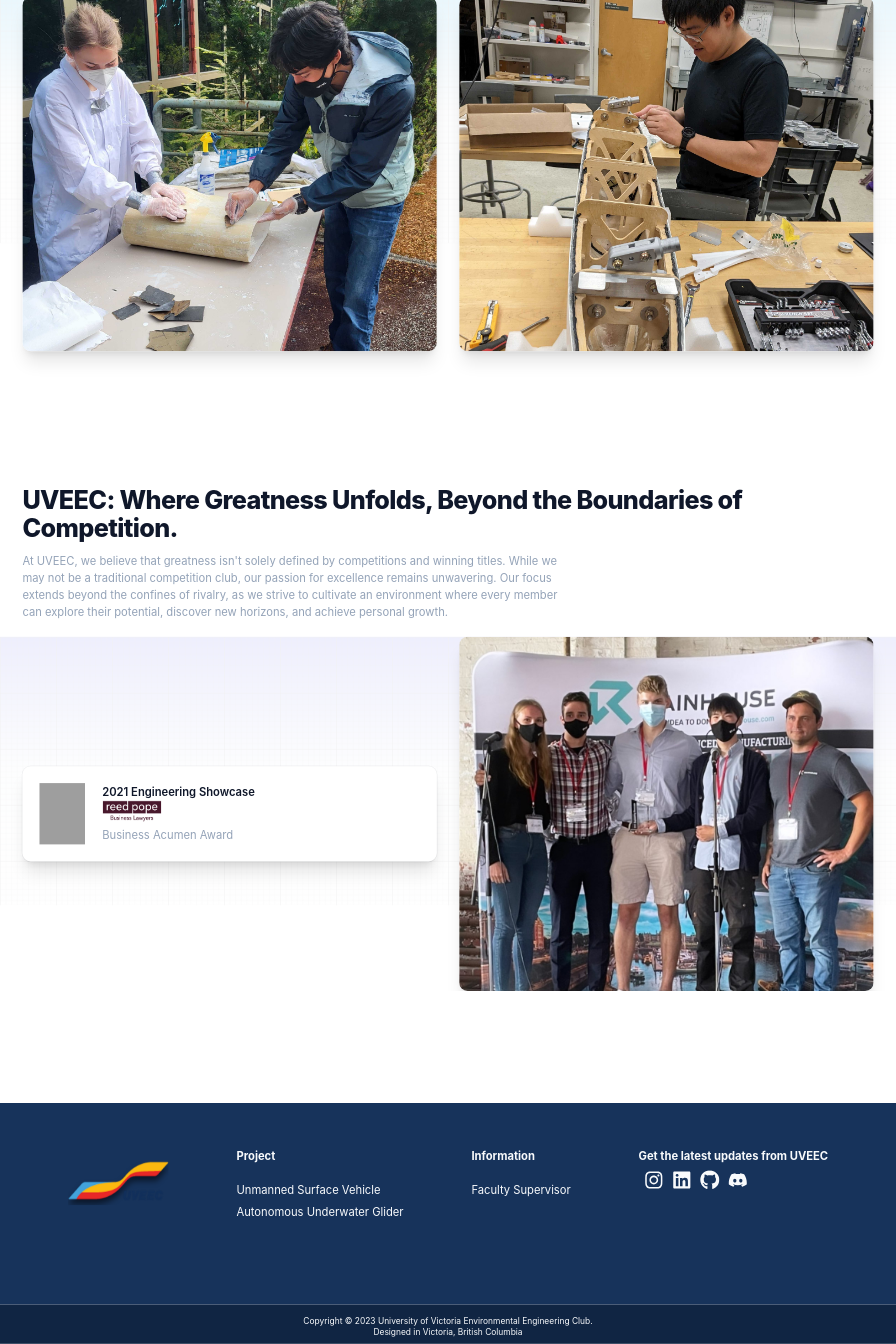
Repository: markaxelus/uveec-website
Page: /
An editor plug-in stored every save of this project. The page is shown before and after the next save, followed by the edit.
The browser window is 1280 px wide. The pictures show the part of the page from y = 1224 to 3144 px (the page is 3144 px tall before and 3064 px after), at 70% of full size.
Pictures or frames that could not be fetched are drawn as grey boxes. The project was rebuilt for these pictures with package versions that can differ from the ones it lists, and the page was loaded fresh each time. The framework's server and built-in components were replaced by stand-ins that run in the browser. Also part of the build but not shown: next.config.js, src/components/molecules/ProfileCard.tsx.

Above is the page before, as saved 2024-06-08 23:15:37.

After the next save:
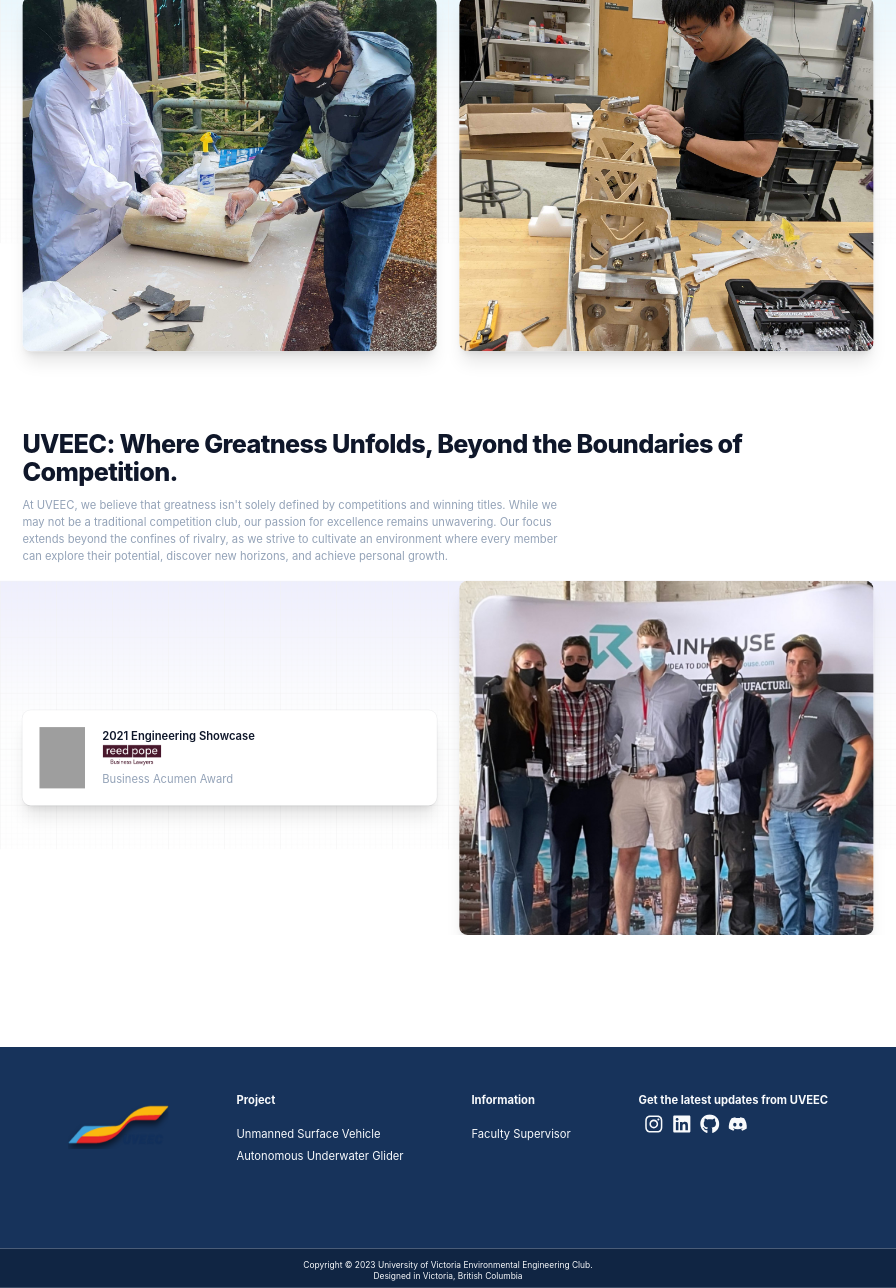
Saved 13 min 19 s later.
--- a/pages/index.tsx
+++ b/pages/index.tsx
@@ -38,7 +38,7 @@
         <HeroBanner />
         <SponsorMarquee />
         <main>
-          <div className="pt-20 mb-20 space-y-20 overflow-hidden sm:pt-32 sm:mb-32 sm:space-y-32 md:pt-40 md:mb-40 md:space-y-40">
+          <div className="pt-20 mb-20 space-y-20 overflow-hidden sm:pt-32 sm:mb-32 sm:space-y-32 md:pt-40 md:mb-40 md:space-y-20">
 
             <section id="team">
               <div className="max-w-7xl mx-auto px-4 sm:px-6 md:px-8">
